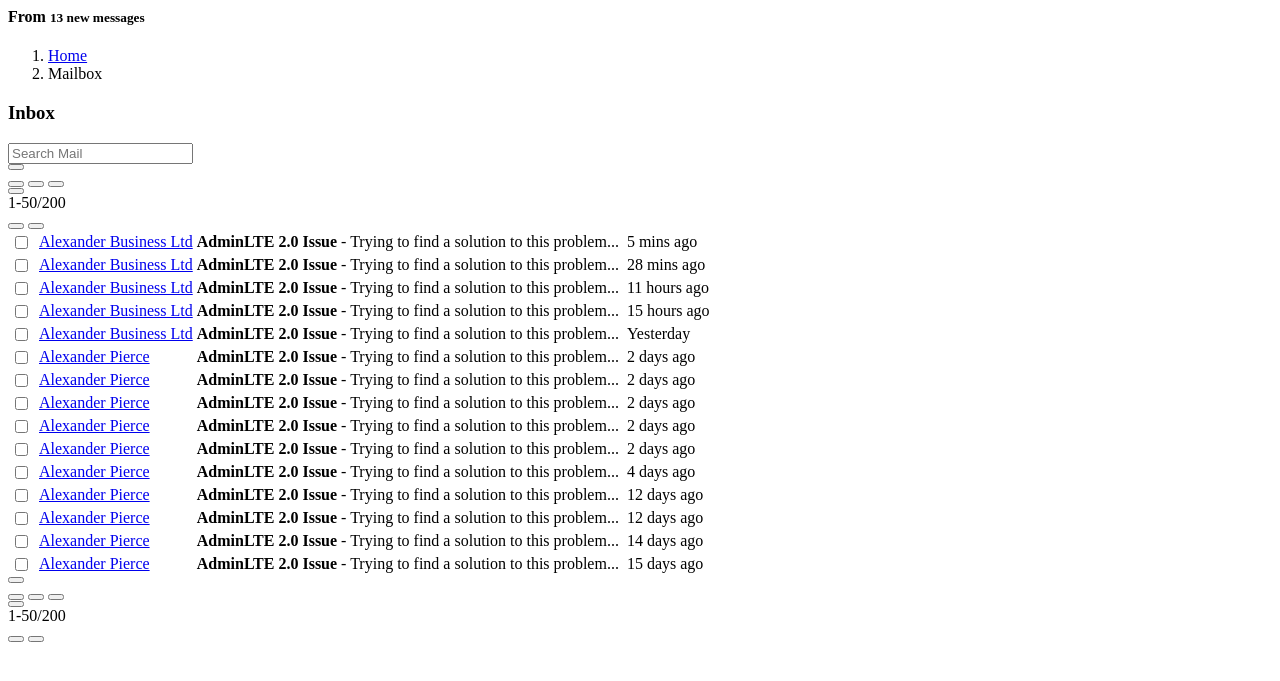
Repository: ITpatrick1/Accommodation-System
Page: http://localhost/guest/inbox.php
These files come from the project's save history. The page is drawn as it stood at one moment and after the next save; the edit follows.
The browser window is 1280 px wide. The pictures show the whole page.
The page is run by PHP 8.4 with error messages shown; the project is at /var/www/html/.

Above is the page before, as saved 2024-08-19 00:29:37.

### guest/inbox.php

    <!-- Content Header (Page header) -->
    <section class="content-header">
      <h4>
        From
        <small>13 new messages</small>
      </h4>
      <ol class="breadcrumb">
        <li><a href="#"><i class="fa fa-dashboard"></i> Home</a></li>
        <li class="active">Mailbox</li>
      </ol>
    </section>

    <!-- Main content -->
    <section class="content">
      <div class="row">

        <!-- /.col -->
        <div class="col-md-12">
          <div class="box box-primary">
            <div class="box-header with-border">
              <h3 class="box-title">Inbox</h3>

              <div class="box-tools pull-right">
                <div class="has-feedback">
                  <input type="text" class="form-control input-sm" placeholder="Search Mail">
                  <span class="glyphicon glyphicon-search form-control-feedback"></span>
                </div>
              </div>
              <!-- /.box-tools -->
            </div>
            <!-- /.box-header -->
            <div class="box-body no-padding">
              <div class="mailbox-controls">
                <!-- Check all button -->
                <button type="button" class="btn btn-default btn-sm checkbox-toggle"><i class="fa fa-square-o"></i>
                </button>
                <div class="btn-group">
                  <button type="button" class="btn btn-default btn-sm"><i class="fa fa-trash-o"></i></button>
                  <button type="button" class="btn btn-default btn-sm"><i class="fa fa-reply"></i></button>
                  <button type="button" class="btn btn-default btn-sm"><i class="fa fa-share"></i></button>
                </div>
                <!-- /.btn-group -->
                <button type="button" class="btn btn-default btn-sm"><i class="fa fa-refresh"></i></button>
                <div class="pull-right">
                  1-50/200
                  <div class="btn-group">
                    <button type="button" class="btn btn-default btn-sm"><i class="fa fa-chevron-left"></i></button>
                    <button type="button" class="btn btn-default btn-sm"><i class="fa fa-chevron-right"></i></button>
                  </div>
                  <!-- /.btn-group -->
                </div>
                <!-- /.pull-right -->
              </div>
              <div class="table-responsive mailbox-messages">
                <table class="table table-hover table-striped">
                  <tbody>
                  <tr>
                    <td><input type="checkbox"></td>
                    <td class="mailbox-star"><a href="#"><i class="fa fa-star text-yellow"></i></a></td>
                    <td class="mailbox-name"><a href="read-mail.html">Alexander Business Ltd</a></td>
                    <td class="mailbox-subject"><b>AdminLTE 2.0 Issue</b> - Trying to find a solution to this problem...
                    </td>
                    <td class="mailbox-attachment"></td>
                    <td class="mailbox-date">5 mins ago</td>
                  </tr>
                  <tr>
                    <td><input type="checkbox"></td>
                    <td class="mailbox-star"><a href="#"><i class="fa fa-star-o text-yellow"></i></a></td>
                    <td class="mailbox-name"><a href="read-mail.html">Alexander Business Ltd</a></td>
                    <td class="mailbox-subject"><b>AdminLTE 2.0 Issue</b> - Trying to find a solution to this problem...
                    </td>
                    <td class="mailbox-attachment"><i class="fa fa-paperclip"></i></td>
                    <td class="mailbox-date">28 mins ago</td>
                  </tr>
                  <tr>
                    <td><input type="checkbox"></td>
                    <td class="mailbox-star"><a href="#"><i class="fa fa-star-o text-yellow"></i></a></td>
                    <td class="mailbox-name"><a href="read-mail.html">Alexander Business Ltd</a></td>
                    <td class="mailbox-subject"><b>AdminLTE 2.0 Issue</b> - Trying to find a solution to this problem...
                    </td>
                    <td class="mailbox-attachment"><i class="fa fa-paperclip"></i></td>
                    <td class="mailbox-date">11 hours ago</td>
                  </tr>
                  <tr>
                    <td><input type="checkbox"></td>
                    <td class="mailbox-star"><a href="#"><i class="fa fa-star text-yellow"></i></a></td>
                    <td class="mailbox-name"><a href="read-mail.html">Alexander Business Ltd</a></td>
                    <td class="mailbox-subject"><b>AdminLTE 2.0 Issue</b> - Trying to find a solution to this problem...
                    </td>
                    <td class="mailbox-attachment"></td>
                    <td class="mailbox-date">15 hours ago</td>
                  </tr>
                  <tr>
                    <td><input type="checkbox"></td>
                    <td class="mailbox-star"><a href="#"><i class="fa fa-star text-yellow"></i></a></td>
                    <td class="mailbox-name"><a href="read-mail.html">Alexander Business Ltd</a></td>
                    <td class="mailbox-subject"><b>AdminLTE 2.0 Issue</b> - Trying to find a solution to this problem...
                    </td>
                    <td class="mailbox-attachment"><i class="fa fa-paperclip"></i></td>
                    <td class="mailbox-date">Yesterday</td>
                  </tr>
                  <tr>
                    <td><input type="checkbox"></td>
                    <td class="mailbox-star"><a href="#"><i class="fa fa-star-o text-yellow"></i></a></td>
                    <td class="mailbox-name"><a href="read-mail.html">Alexander Pierce</a></td>
                    <td class="mailbox-subject"><b>AdminLTE 2.0 Issue</b> - Trying to find a solution to this problem...
                    </td>
                    <td class="mailbox-attachment"><i class="fa fa-paperclip"></i></td>
                    <td class="mailbox-date">2 days ago</td>
                  </tr>
                  <tr>
                    <td><input type="checkbox"></td>
                    <td class="mailbox-star"><a href="#"><i class="fa fa-star-o text-yellow"></i></a></td>
                    <td class="mailbox-name"><a href="read-mail.html">Alexander Pierce</a></td>
                    <td class="mailbox-subject"><b>AdminLTE 2.0 Issue</b> - Trying to find a solution to this problem...
                    </td>
                    <td class="mailbox-attachment"><i class="fa fa-paperclip"></i></td>
                    <td class="mailbox-date">2 days ago</td>
                  </tr>
                  <tr>
                    <td><input type="checkbox"></td>
                    <td class="mailbox-star"><a href="#"><i class="fa fa-star text-yellow"></i></a></td>
                    <td class="mailbox-name"><a href="read-mail.html">Alexander Pierce</a></td>
                    <td class="mailbox-subject"><b>AdminLTE 2.0 Issue</b> - Trying to find a solution to this problem...
                    </td>
                    <td class="mailbox-attachment"></td>
                    <td class="mailbox-date">2 days ago</td>
                  </tr>
                  <tr>
                    <td><input type="checkbox"></td>
                    <td class="mailbox-star"><a href="#"><i class="fa fa-star text-yellow"></i></a></td>
                    <td class="mailbox-name"><a href="read-mail.html">Alexander Pierce</a></td>
                    <td class="mailbox-subject"><b>AdminLTE 2.0 Issue</b> - Trying to find a solution to this problem...
                    </td>
                    <td class="mailbox-attachment"></td>
                    <td class="mailbox-date">2 days ago</td>
                  </tr>
                  <tr>
                    <td><input type="checkbox"></td>
                    <td class="mailbox-star"><a href="#"><i class="fa fa-star-o text-yellow"></i></a></td>
                    <td class="mailbox-name"><a href="read-mail.html">Alexander Pierce</a></td>
                    <td class="mailbox-subject"><b>AdminLTE 2.0 Issue</b> - Trying to find a solution to this problem...
                    </td>
                    <td class="mailbox-attachment"></td>
                    <td class="mailbox-date">2 days ago</td>
                  </tr>
                  <tr>
                    <td><input type="checkbox"></td>
                    <td class="mailbox-star"><a href="#"><i class="fa fa-star-o text-yellow"></i></a></td>
                    <td class="mailbox-name"><a href="read-mail.html">Alexander Pierce</a></td>
                    <td class="mailbox-subject"><b>AdminLTE 2.0 Issue</b> - Trying to find a solution to this problem...
                    </td>
                    <td class="mailbox-attachment"><i class="fa fa-paperclip"></i></td>
                    <td class="mailbox-date">4 days ago</td>
                  </tr>
                  <tr>
                    <td><input type="checkbox"></td>
                    <td class="mailbox-star"><a href="#"><i class="fa fa-star text-yellow"></i></a></td>
                    <td class="mailbox-name"><a href="read-mail.html">Alexander Pierce</a></td>
                    <td class="mailbox-subject"><b>AdminLTE 2.0 Issue</b> - Trying to find a solution to this problem...
                    </td>
                    <td class="mailbox-attachment"></td>
                    <td class="mailbox-date">12 days ago</td>
                  </tr>
                  <tr>
                    <td><input type="checkbox"></td>
                    <td class="mailbox-star"><a href="#"><i class="fa fa-star-o text-yellow"></i></a></td>
                    <td class="mailbox-name"><a href="read-mail.html">Alexander Pierce</a></td>
                    <td class="mailbox-subject"><b>AdminLTE 2.0 Issue</b> - Trying to find a solution to this problem...
                    </td>
                    <td class="mailbox-attachment"><i class="fa fa-paperclip"></i></td>
                    <td class="mailbox-date">12 days ago</td>
                  </tr>
                  <tr>
                    <td><input type="checkbox"></td>
                    <td class="mailbox-star"><a href="#"><i class="fa fa-star text-yellow"></i></a></td>
                    <td class="mailbox-name"><a href="read-mail.html">Alexander Pierce</a></td>
                    <td class="mailbox-subject"><b>AdminLTE 2.0 Issue</b> - Trying to find a solution to this problem...
                    </td>
                    <td class="mailbox-attachment"><i class="fa fa-paperclip"></i></td>
                    <td class="mailbox-date">14 days ago</td>
                  </tr>
                  <tr>
                    <td><input type="checkbox"></td>
                    <td class="mailbox-star"><a href="#"><i class="fa fa-star text-yellow"></i></a></td>
                    <td class="mailbox-name"><a href="read-mail.html">Alexander Pierce</a></td>
                    <td class="mailbox-subject"><b>AdminLTE 2.0 Issue</b> - Trying to find a solution to this problem...
                    </td>
                    <td class="mailbox-attachment"><i class="fa fa-paperclip"></i></td>
                    <td class="mailbox-date">15 days ago</td>
                  </tr>
                  </tbody>
                </table>
                <!-- /.table -->
              </div>
              <!-- /.mail-box-messages -->
            </div>
            <!-- /.box-body -->
            <div class="box-footer no-padding">
              <div class="mailbox-controls">
                <!-- Check all button -->
                <button type="button" class="btn btn-default btn-sm checkbox-toggle"><i class="fa fa-square-o"></i>
                </button>
                <div class="btn-group">
                  <button type="button" class="btn btn-default btn-sm"><i class="fa fa-trash-o"></i></button>
                  <button type="button" class="btn btn-default btn-sm"><i class="fa fa-reply"></i></button>
                  <button type="button" class="btn btn-default btn-sm"><i class="fa fa-share"></i></button>
                </div>
                <!-- /.btn-group -->
                <button type="button" class="btn btn-default btn-sm"><i class="fa fa-refresh"></i></button>
                <div class="pull-right">
                  1-50/200
                  <div class="btn-group">
                    <button type="button" class="btn btn-default btn-sm"><i class="fa fa-chevron-left"></i></button>
                    <button type="button" class="btn btn-default btn-sm"><i class="fa fa-chevron-right"></i></button>
                  </div>
                  <!-- /.btn-group -->
                </div>
                <!-- /.pull-right -->
              </div>
            </div>
          </div>
          <!-- /. box -->
        </div>
        <!-- /.col -->
      </div>
      <!-- /.row -->
    </section>
    <!-- /.content -->

After the next save:
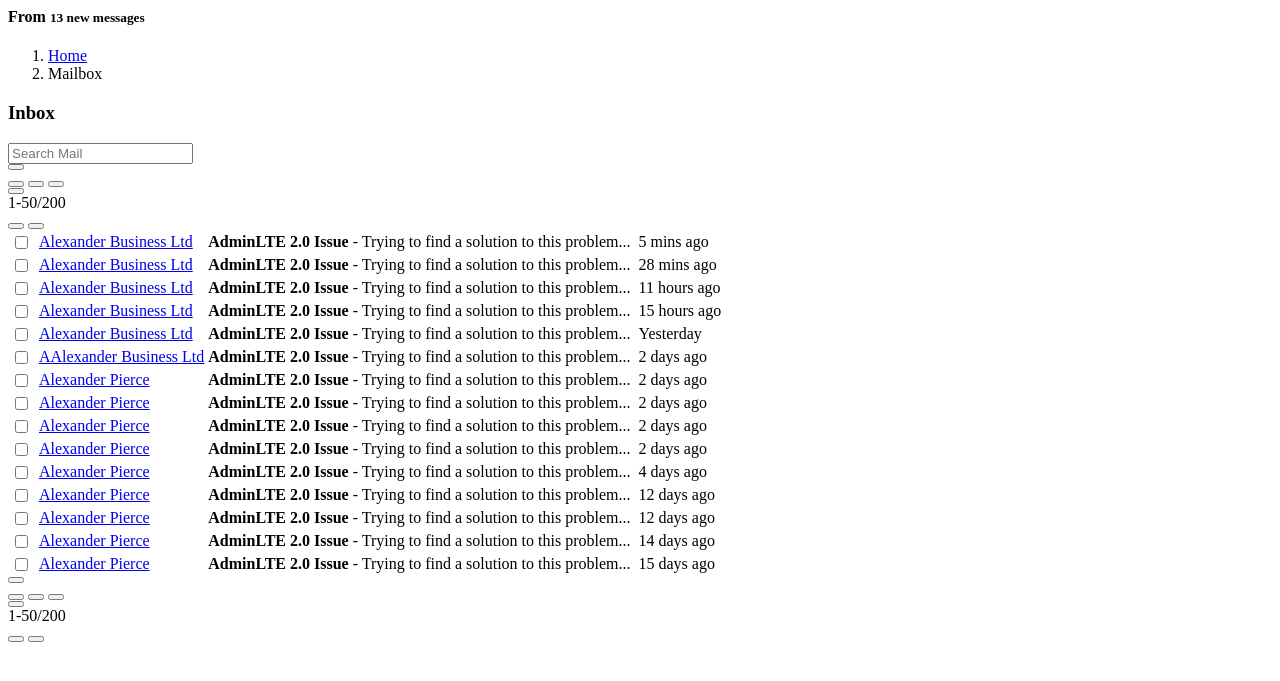
Saved 6 s later.
--- a/guest/inbox.php
+++ b/guest/inbox.php
@@ -103,7 +103,7 @@
                   <tr>
                     <td><input type="checkbox"></td>
                     <td class="mailbox-star"><a href="#"><i class="fa fa-star-o text-yellow"></i></a></td>
-                    <td class="mailbox-name"><a href="read-mail.html">Alexander Pierce</a></td>
+                    <td class="mailbox-name"><a href="read-mail.html">AAlexander Business Ltd</a></td>
                     <td class="mailbox-subject"><b>AdminLTE 2.0 Issue</b> - Trying to find a solution to this problem...
                     </td>
                     <td class="mailbox-attachment"><i class="fa fa-paperclip"></i></td>
